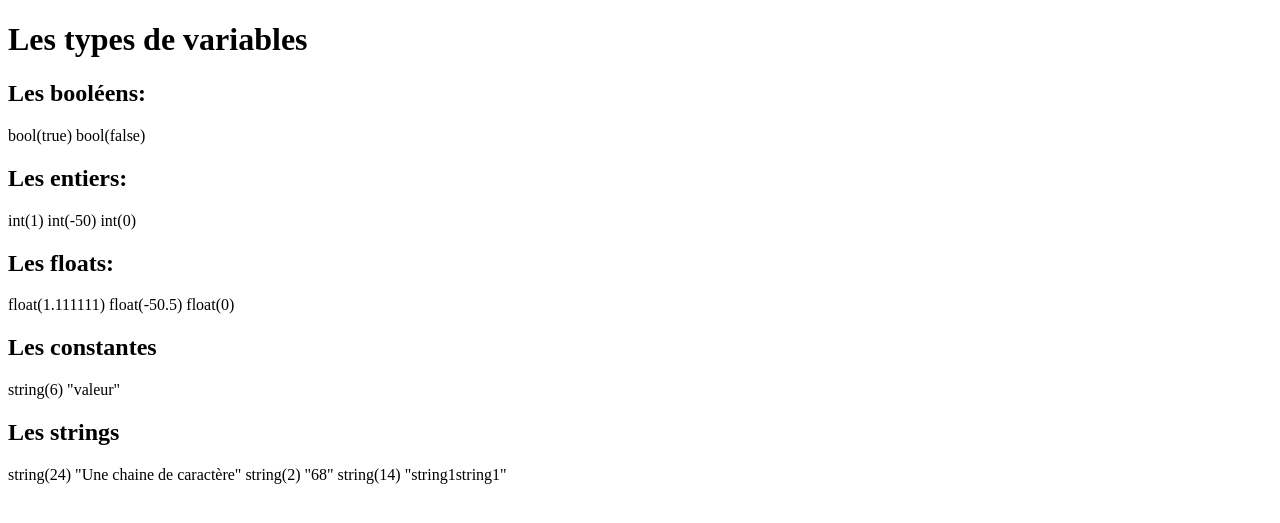
Repository: QuentinFayt/base-php-2021
Page: http://localhost/les variables.php
These files come from the project's save history. The page is drawn as it stood at one moment and after the next save; the edit follows.
The browser window is 1280 px wide. The pictures show the whole page.
The page is run by PHP 8.4 with error messages shown; the project is at /var/www/html/.

Above is the page before, as saved 2021-07-07 10:00:33.

### les variables.php
<!DOCTYPE html>
<html lang="en">
<head>
    <meta charset="UTF-8">
    <meta http-equiv="X-UA-Compatible" content="IE=edge">
    <meta name="viewport" content="width=device-width, initial-scale=1.0">
    <title>Les types de variables</title>
</head>
<body>
    <h1>Les types de variables</h1>
    <h2>Les booléens:</h2>
    <?php

    $bin1=true;
    $bin2=false;

    /*On pourrait utiliser print_r() pour afficher le contenu de ces deux variables, mais
    une variable false ne s'affichera pas (afficherait 1 pour true)*/
    var_dump($bin1,$bin2);
    ?>
    <h2>Les entiers:</h2>
    <?php

    $int1=1;
    $int2=(int)"-50";
    $int3=(int)0.5;

    var_dump($int1,$int2,$int3);
    ?>
    <h2>Les floats:</h2>
    <?php

    $float1=1.111111;
    $float2=(float)"-50.50";
    $float3=(float)0;

    var_dump($float1,$float2,$float3);
    ?>
    <h2>Les constantes</h2>
    <?php

    define("MA_CONSTANTE", "valeur");

    var_dump(MA_CONSTANTE);
    ?>
    <h2>Les strings</h2>
    <?php

    $string1="Une chaine de caractère";
    $string2="68";
    $string3=("string1".'string1');

    var_dump($string1,$string2,$string3);
    ?>
</body>
</html>

After the next save:
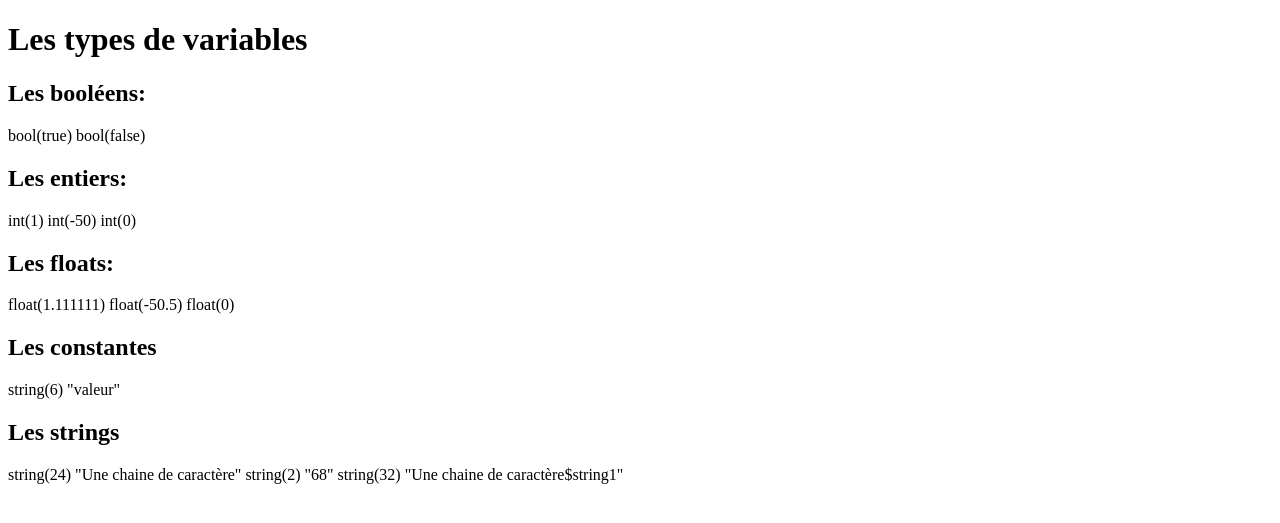
Saved 60 s later.
--- a/les variables.php
+++ b/les variables.php
@@ -48,7 +48,7 @@
 
     $string1="Une chaine de caractère";
     $string2="68";
-    $string3=("string1".'string1');
+    $string3="$string1".'$string1';
 
     var_dump($string1,$string2,$string3);
     ?>
